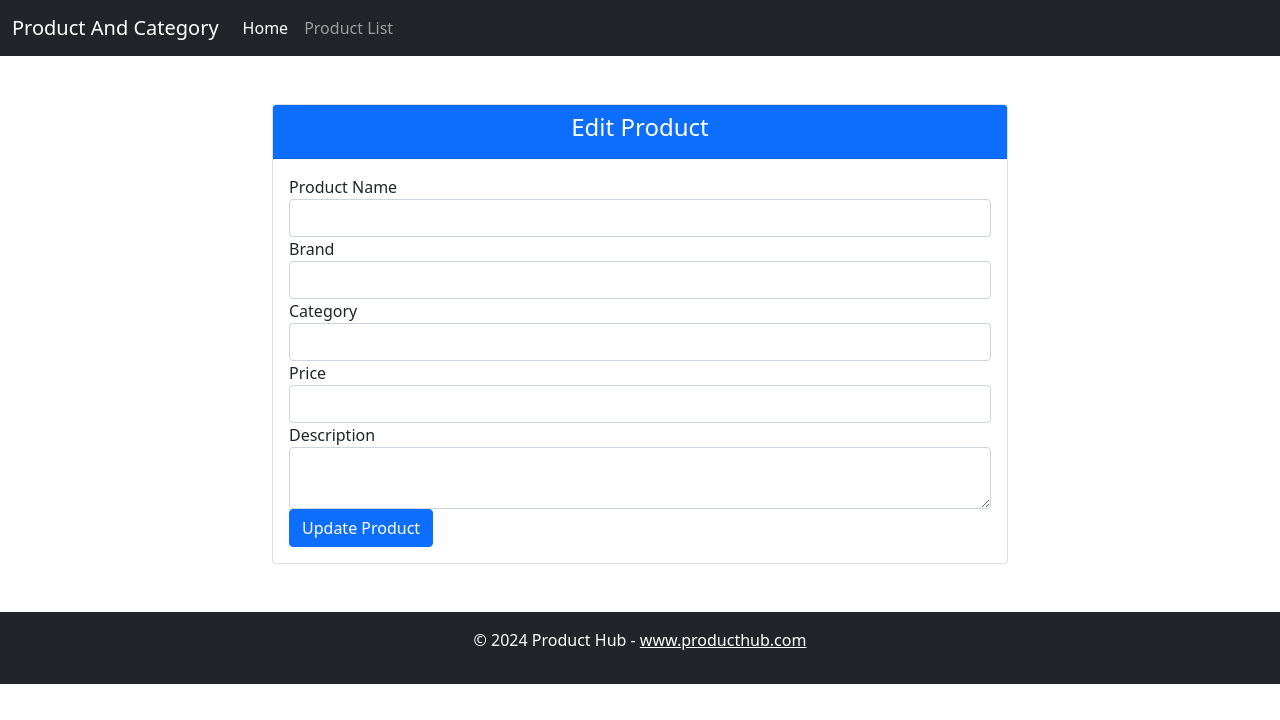
Repository: Pratik8317/Nimap_Assessment
Page: http://localhost/productedit
An editor plug-in stored every save of this project. The page is shown before and after the next save, followed by the edit.
The browser window is 1280 px wide. The pictures show the whole page.
The page is this project's Thymeleaf template; nobody is signed in. The template is opened directly, without the code that normally fills it, so the values that code supplies are empty.

Above is the page before, as saved 2024-11-26 12:51:46.

### Nimap Assessment/Product_Hub/src/main/resources/templates/productedit.html
<!DOCTYPE html>
<html xmlns:th="http://www.thymeleaf.org">
<head>
    <meta charset="UTF-8">
    <meta name="viewport" content="width=device-width, initial-scale=1.0">
    <title>Edit Product</title>
    <link href="https://cdn.jsdelivr.net/npm/bootstrap@5.0.2/dist/css/bootstrap.min.css" rel="stylesheet" integrity="sha384-EVSTQN3/azprG1Anm3QDgpJLIm9Nao0Yz1ztcQTwFspd3yD65VohhpuuCOmLASjC" crossorigin="anonymous">
</head>
<body>
    <!-- Navigation Bar -->
    <nav class="navbar navbar-expand-lg navbar-dark bg-dark">
        <div class="container-fluid">
            <a class="navbar-brand" href="#">Product And Category</a>
            <button class="navbar-toggler" type="button" data-bs-toggle="collapse" data-bs-target="#navbarNav" aria-controls="navbarNav" aria-expanded="false" aria-label="Toggle navigation">
                <span class="navbar-toggler-icon"></span>
            </button>
            <div class="collapse navbar-collapse" id="navbarNav">
                <ul class="navbar-nav">
                    <li class="nav-item">
                        <a class="nav-link active" th:href="@{/}">Home</a>
                    </li>
                    <li class="nav-item">
                        <a class="nav-link" th:href="@{/showproductlist}">Product List</a>
                    </li>
                </ul>
            </div>
        </div>
    </nav>

    <!-- Edit Form -->
    <div class="container mt-5">
        <div class="row">
            <div class="col-md-8 mx-auto">
                <div class="card">
                    <div class="card-header text-center bg-primary text-white">
                        <h4>Edit Product</h4>
                    </div>
                    <div class="card-body">
                        <form th:action="@{/edit}" th:object="${product}" method="post">
    						<input type="hidden" th:field="*{id}" />
    							<div class="form-group">
        							<label for="name">Product Name</label>
        							<input type="text" th:field="*{name}" class="form-control" id="name" />
    							</div>
    							<div class="form-group">
        							<label for="brand">Brand</label>
        							<input type="text" th:field="*{brand}" class="form-control" id="brand" />
    							</div>
    							<div class="form-group">
        							<label for="category">Category</label>
        							<input type="text" th:field="*{category}" class="form-control" id="category" />
    							</div>
    							<div class="form-group">
        							<label for="price">Price</label>
        							<input type="number" th:field="*{price}" class="form-control" id="price" />
    							</div>
    							<div class="form-group">
        							<label for="description">Description</label>
        							<textarea th:field="*{description}" class="form-control" id="description"></textarea>
   								 </div>
    								<button type="submit" class="btn btn-primary">Update Product</button>
							</form>
                    	</div>
                	</div>
            	</div>
        	</div>
    	</div>

    <!-- Footer -->
    <footer class="bg-dark text-white text-center py-3 mt-5">
        <p>© 2024 Product Hub - <a class="text-white" href="#">www.producthub.com</a></p>
    </footer>

    <script src="https://cdn.jsdelivr.net/npm/bootstrap@5.3.0/dist/js/bootstrap.bundle.min.js" crossorigin="anonymous"></script>
</body>
</html>

After the next save:
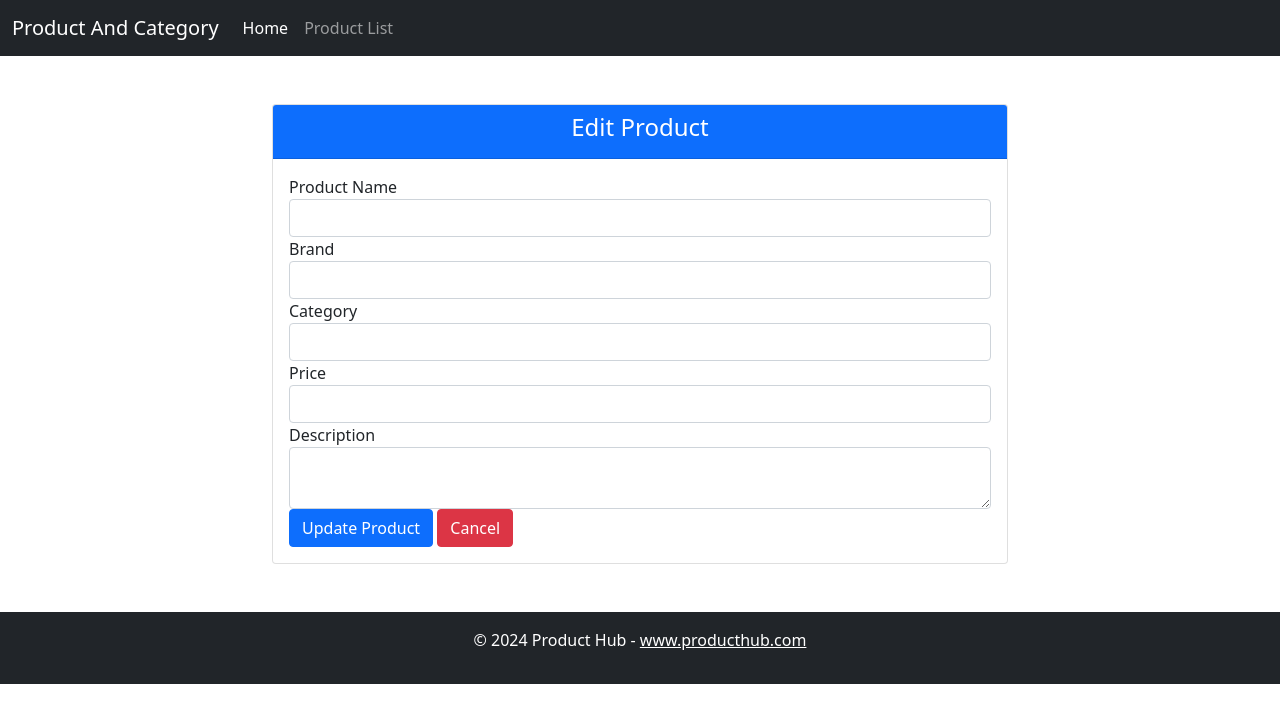
Saved 62 s later.
--- a/Nimap Assessment/Product_Hub/src/main/resources/templates/productedit.html
+++ b/Nimap Assessment/Product_Hub/src/main/resources/templates/productedit.html
@@ -59,6 +59,7 @@
         							<textarea th:field="*{description}" class="form-control" id="description"></textarea>
    								 </div>
     								<button type="submit" class="btn btn-primary">Update Product</button>
+    								<a class="btn btn-danger" th:href="@{/showproductlist}">Cancel</a>
 							</form>
                     	</div>
                 	</div>
